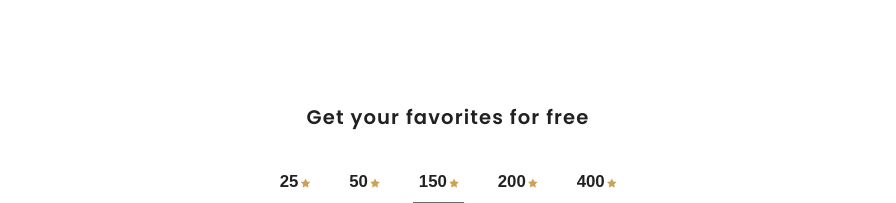
Repository: Akashiii1/StarBucks
Page: index.html
An editor plug-in stored every save of this project. The page is shown before and after the next save, followed by the edit.
The browser window is 1280 px wide. The pictures show the part of the page from y = 1251 to 3171 px (the page is 1541 px tall before and 5003 px after), at 70% of full size.

Above is the page before, as saved 2022-01-28 22:08:27.

### index.html
<!DOCTYPE html>
<html lang="en">

<head>
  <meta charset="UTF-8">
  <meta http-equiv="X-UA-Compatible" content="IE=edge">
  <meta name="viewport" content="width=device-width, initial-scale=1.0">
  <title>StarBucks</title>
  <link rel="preconnect" href="https://fonts.gstatic.com" />
  <link href="https://fonts.googleapis.com/css2?family=Poppins:wght@400;600&display=swap" rel="stylesheet" />
  <link rel="stylesheet" href="https://cdnjs.cloudflare.com/ajax/libs/font-awesome/4.7.0/css/font-awesome.min.css"
    integrity="sha512-SfTiTlX6kk+qitfevl/7LibUOeJWlt9rbyDn92a1DqWOw9vWG2MFoays0sgObmWazO5BQPiFucnnEAjpAB+/Sw=="
    crossorigin="anonymous" />
  <link rel="stylesheet" href="./Style/style.css">
</head>

<body>
  <div class="main">
    <header id="header">
      <nav class="nav container ">
        <div class="logo">
          <img src="./Img/Starbucks-Logo.png" alt="">
        </div>

        <div class="d-flex w-100">
          <ul class="nav-list">
            <li><a href="#">Menu</a></li>
            <li><a href="#">Rewards</a></li>
            <li><a href="#">Gift Cards</a></li>

          </ul>


          <div class="sub-nav d-flex">
            <a href="#" class="location"><i class="fa fa-map-marker" aria-hidden="true"></i> Find a Store</a>
            <div class="double-click">
              <button class="btn bgw">
                Sign in
              </button>
              <button class="btn bgb">Join Now</button>
            </div>
          </div>
        </div>


        <i class="fa fa-bars ham" aria-hidden="true"></i>

      </nav>
      <div class="container">
        <div class="banner c-green d-flex">
          <h3>STARBUCKS® REWARDS</h3>
          <button class="btn bgr">Join the app</button>
        </div>
      </div>
    </header>
    <section id="hero">
      <div class="hero container">
        <div class="slogan">
          <h2 class="hero-heading">FREE COFFEE
            IS A TAP AWAY</h2>
          <p class="hero-desc">Join now to start earning Rewards.</p>
          <div class="sub-hero">
            <button class="btn">Join now</button>
            <p class="hero-subdesc subdescdk">Or <a href="">join in the app</a> for the best experience</p>
            <p class="hero-subdesc subdescmb"> <a href="">Or join in online</a> </p>
          </div>
        </div>
      </div>
    </section>
    <!-- Review -->
    <section id="review">
      <div class="heading-text">
        <h2>Getting started is easy</h2>
        <p>Earn Stars and get rewarded in a few easy steps.</p>
      </div>
      <div class="review container">
        <div class="review-item">
          <div class="ri-img">
            <img src="./Img/getting-started-1_2x.jpg" alt="">
          </div>
          <div class="ri-content">
            <h3 class="review-heading">Create an account</h3>
            <p>To get started, <a href="">join now</a>. You can also <a href="">join in the app</a> to get access to the
              full range of Starbucks® Rewards benefits.</p>
          </div>
        </div>

        <div class="review-item">
          <div class="ri-img">
            <img src="./Img/getting-started-2_2x.jpg" alt="">
          </div>
          <div class="ri-content">
            <h3 class="review-heading">Order and pay how you’d like</h3>
            <p>TUse cash, credit/debit card or save some time and pay right through the app. You’ll collect Stars all
              ways. <a href="">Learn how</a></p>
          </div>
        </div>

        <div class="review-item">
          <div class="ri-img">
            <img src="./Img/getting-started-3_2x.jpg" alt="">
          </div>
          <div class="ri-content">
            <h3 class="review-heading">Earn Stars, get Rewards</h3>
            <p>As you earn Stars, you can redeem them for Rewards—like free food, drinks, and more. Start redeeming with
              as little as 25 Stars!</p>
          </div>
        </div>


      </div>
    </section>
    <section id="star">
      <div class="heading-text">
        <h2>Get your favorites for free</h2>
      </div>
      <div class="container">
        <div class="tab-list">
          <button class="tab-item" data-item="i25"><span>25</span>
            <span><i class="fa fa-star" aria-hidden="true"></i></span>
          </button>
          <button class="tab-item" data-item="i50"><span>50</span>
            <span><i class="fa fa-star" aria-hidden="true"></i></span>
          </button>
          <button class="tab-item active" data-item="i150"><span>150</span>
            <span><i class="fa fa-star" aria-hidden="true"></i></span>
          </button>
          <button class="tab-item" data-item="i200"><span>200</span>
            <span><i class="fa fa-star" aria-hidden="true"></i></span>
          </button>
          <button class="tab-item" data-item="i400"><span>400</span>
            <span><i class="fa fa-star" aria-hidden="true"></i></span>
          </button>
        </div>
      </div>
    </section>
  </div>

  <script src="./Style/starter.js"></script>
</body>

</html>

### Style/style.css
html {
  box-sizing: border-box;
}
* {
  margin: 0;
  padding: 0;
}
*,
*:before,
*:after {
  box-sizing: border-box;
}
input,
textarea,
select,
button {
  outline: none;
}
input {
  line-height: normal;
}
label,
button {
  cursor: pointer;
}
a {
  text-decoration: none;
}
img {
  display: block;
  max-width: 100%;
}
*,
*:before,
*:after {
  box-sizing: border-box;
}
/* using rem unit */
html {
  font-size: 62.5%;
}
a {
  text-decoration: none;
}
img {
  display: block;
  max-width: 100%;
}
body {
  font-family: "Poppins", sans-serif;
  font-size: 16px;
  line-height: 1;
}
ul{
  list-style: none;
}
.container{
  max-width: 1440px;
  margin-inline: auto;
}
.nav{
  height: 100px;
  /* background-color: #ccc; */
  display: flex;
  align-items: center;
}
.logo{
  width: 90px;
  height: 100%;
  text-align: center;
}
.w-100{
  width: 100%;
}
.logo img{
  width: 100%;
  height: 100%;
  object-fit: cover;
}
.d-flex{
  display: flex;
  justify-content: space-between;
  align-items: center;
  gap: 0 40px;
}
.nav-list{

}
.nav-list li{
  display: inline-block;
  padding-left: 24px;
  line-height: 100px;
}
.nav-list li a{
  display: block;
  color: #000000;
  font-weight: 600;
  font-size: 14px;
  text-transform: uppercase;
  transition: all .2s linear;
}
.nav-list li:hover a{
  color: #008248;
}
.btn{
  padding: 7px 16px ;
  border-radius: 50px;
  border: 1px solid #000000;
  outline: none;
  font-size: 14px;
  font-weight: 550;
  line-height: 1.2;
  text-align: center;
  transition: all .2s linear;
  margin-right: 16px;
}
.btn:hover{
 filter: brightness(0.2);
}
.bgb{
  background-color: #000000;
  color: #fff;
}
.bgw{
  background-color: #fff;
  color: #000000;
}
.bgr{
  background-color: transparent;
  color: #fff;
  border: 1px solid #fff;
}
.banner button{
  display: none;
}
.location{
  color: #000000;
  font-size: 14px;
  font-weight: 600;
  transition: all .2s linear;
}
.location i{
  margin-right: 10px;
}
.location:hover{
  color: #008248;
}
.banner{
  /* width: 100%; */
  /* position: absolute; */

  top: 100px;

}
.banner h3{
  color: #fff;
  font-weight: 400;
  line-height: 50px;
  height: 50px;
  font-size: 18px;
  margin: 0 20px;
}
.c-green{
  background-color: #1e3932;

}
.line-eff{
  width: 0;
  height: 2px;
  background-color: #008248;
  position: fixed;
  pointer-events: none;
  transition: all .2s linear;
}
.ham{
  color: #000000;
  font-size: 20px;
  display: none;
}
.fixed{

}
/* Hero */
.hero{
  display: flex;
  justify-content: flex-start;
  align-items: center;
  max-height: 600px;
  height: 600px;
  background-color: #D0EAE4;
  margin-bottom: 128px;

}
.slogan{
  /* max-width: 400px; */

  padding: 32px 40px;
}
.hero-heading{
  font-size: 36px;
  color: #000000DE;
  font-weight: 600;
}
.hero-desc{
  padding-top: 16px;
  font-size: 19px;
  color: #000000DE;
}
.sub-hero{
  padding-top: 32px;
  display: flex;
  flex-direction: column;
  gap: 20px 0;

  align-items: flex-start;
}
.sub-hero .btn{
  color: #fff;
  background-color: #1e3932;
}
.hero-subdesc{
  color: #000000DE;
  font-size: 19px;

}
.hero-subdesc a{
  text-decoration: underline;
  color: #000000DE;
  transition: all .2s linear;
}
.hero-subdesc a:hover{
  text-decoration: none;
}
.subdescmb{
  display: none;
}

/*  */
.heading-text{
  text-align: center;
  line-height: 1.5;
  letter-spacing: 0.1em;
}
.heading-text h2{
  font-size: 28px;
  color: #000000DE;
}
.heading-text p{
  padding-top: 16px;
  font-size: 16px;
  font-weight: 550;
}
#header {
  position: fixed;
  top: 0;
  left: 0;
  width: 100%;
  background-color: #fff;
}
#hero{
  margin-top: 128px;
}
/* Review */
.review{
  display: flex;
  justify-content: space-between;
  /* align-items: center; */
  padding-top: 48px;
  gap: 0 30px;
}
.review-item{
  text-align: center;
  width: 33.33333%;

}
.ri-img{
  max-width: 128px;
  margin-inline: auto;
  margin-bottom: 38px;
}
.ri-img img{
  max-width: 100%;
  height: auto;
  object-fit: cover;
}
.review-heading{
  font-size: 19px;
  color: #000000DE;

}
.review-item p{
  font-size: 16px;
  padding-top: 16px;
  font-weight: 500;
  line-height: 1.4;
}
.review-item p a{
  color: #008248;
  text-decoration: underline;
}
#cmt{
  height: 500px;
  background-color: #000000DE;
}
#review{
  margin-bottom: 128px;
}
#star .heading-text{
  padding: 48px 0;
}
/* Tab */
.tab-list{
  display: flex;
  justify-content: center;
  gap: 0 40px;
}
.tab-item{
  border: 0;
  outline: none;
  background-color: #fff;
  padding: 8px 8px 16px 8px;
  display: inline-block;
}
.tab-item span:nth-child(1){
  font-size: 24px;
  font-weight: 600;
  color: #000000DE;
  pointer-events: none;

}
.tab-item span:nth-child(2){
  color: #CBA258;
  font-size: 14px;
  pointer-events: none;
}
.tab-item.active{
  border-bottom: 1px solid #1e3932;
}
@media (max-width:740px){
  .sub-nav{
    display: none;
  }
  .ham{
    display: block;
    margin: 0 20px;
    line-height: 100px;
    display: inline-block;
  }

  .logo{
    width: 80px;
    height: 80px;
    margin: 0 20px;
  }
  .banner button{
    display: block;
  }
  .nav-list{
    position: fixed;
    width: 500px;
    background-color: #fff;
    top: 100px;
    right: 0;
    height: 100%;
    box-shadow: rgba(100, 100, 111, 0.2) 0px 7px 29px 0px;
    transform: translateX(100%);
    opacity: 0;
    transition: all .2s linear;
  }
  .nav-list.active{
    transform: translateX(0);
    /* animation: move .3s linear; */
    opacity: 1;


  }
  .nav-list li{
    display: block;
  }

  .nav-list li a{
    font-size: 20px;
    font-weight: 400;
  }
  .nav-list li:nth-child(3){
    border-bottom: 1px solid #ccc;
  }
  .line-eff{
    display: none;
    background-color: #fff;
  }
  /* hero */
  .hero{
    justify-content: center;
    align-items: flex-start;
  }
  .slogan{
    text-align: center;
  }
  .slogan .sub-hero{
    justify-content: center;
    align-items: center;
  }
  .subdescdk{
    display: none;
  }
  .subdescmb{
    display: block;
  }
  #hero{
    margin-bottom: 128px;
  }
  /* Review */
  .review{
    flex-direction: column;
    padding: 0 20px;
    margin-top: 50px;
    align-items: flex-start;
    justify-content: center;
  }
  .review-item{
    width: 100%;
    margin-bottom: 32px;
    display: flex;
    gap: 0 20px;
  }
  .ri-content{
    flex-direction: column;
    align-items: flex-start;
    display: flex;
    text-align: justify;
  }

}

@keyframes move{
  from{
    transform: translateX(100%);
  }
  to{
    transform: translateX(100%);

  }
}

### Style/starter.js
const hamberger=document.querySelector('.ham');
const navList=document.querySelector('.nav-list');

hamberger.addEventListener('click',function(e){
//  console.log(e.target);
  navList.classList.toggle('active');
  e.target.classList.toggle('fa-bars');
  e.target.classList.toggle('fa-times');

})
const links=document.querySelectorAll('.nav-list li a');
const line=document.createElement('div');
line.className="line-eff";
document.body.appendChild(line);
[...links].forEach(item=>item.addEventListener('mouseenter',handler));
function handler(e){

  line.style.display='block';
  const {left,top,width,height}=e.target.getBoundingClientRect();
  line.style.left=`${left}px`;
  line.style.width=`${width}px`;
  line.style.top=`${height-10}px`;


}
navList.addEventListener('mouseleave',function(e){
  line.style.display='none';
})

document.addEventListener('click',function(e){
  if(!e.target.matches('.ham') && !navList.contains(e.target)){
    navList.classList.remove('active');
    hamberger.classList.remove('fa-times');

    hamberger.classList.add('fa-bars');
  }
})

After the next save:
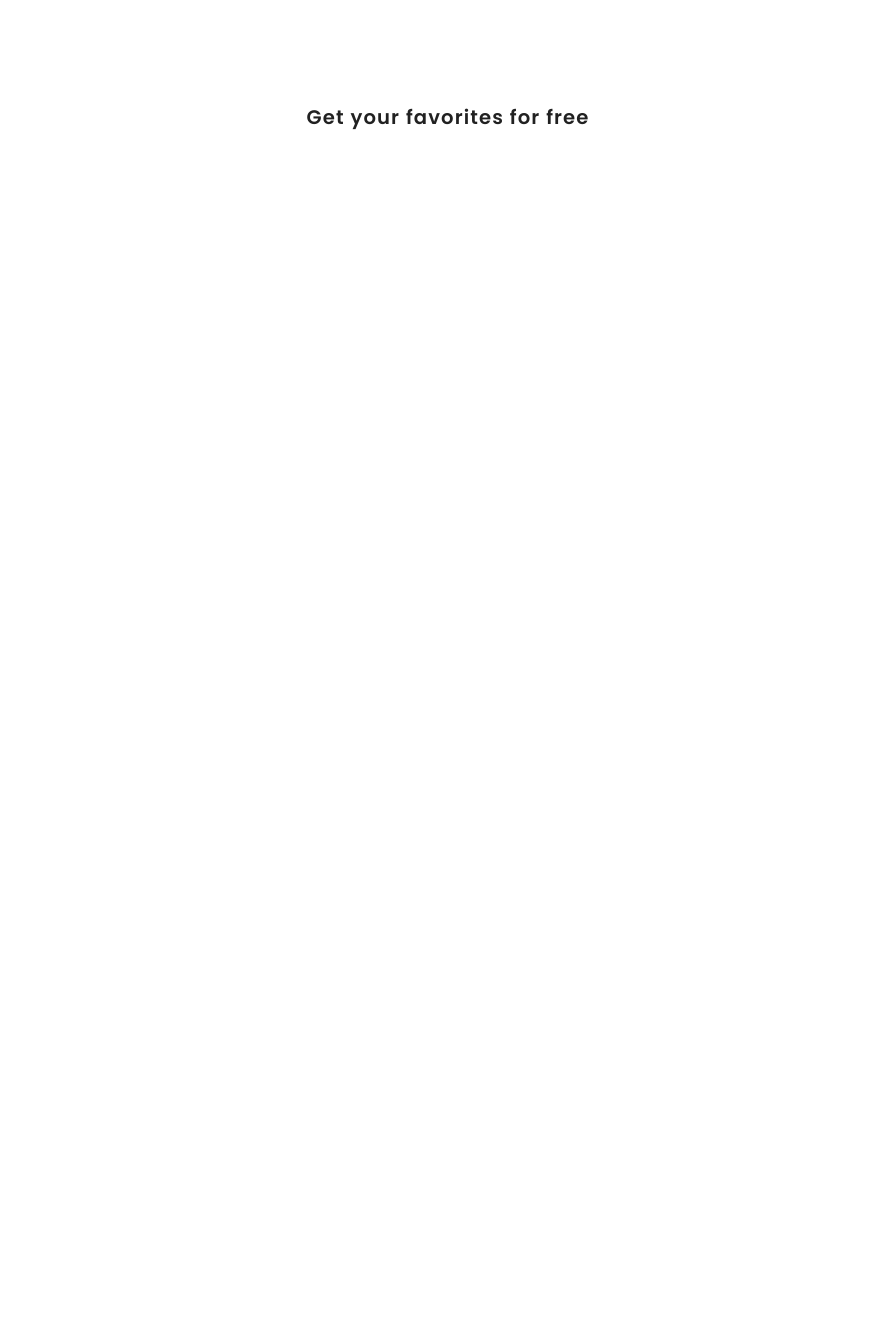
Saved 21 s later.
--- a/Style/style.css
+++ b/Style/style.css
@@ -307,6 +307,7 @@
 }
 #star .heading-text{
   padding: 48px 0;
+  height: 500vh;
 }
 /* Tab */
 .tab-list{

After the save that followed:
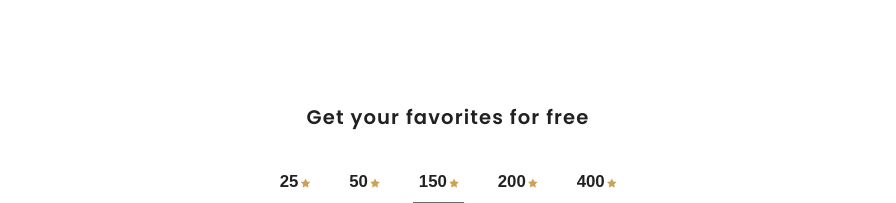
Saved 11 s later.
--- a/Style/style.css
+++ b/Style/style.css
@@ -307,7 +307,6 @@
 }
 #star .heading-text{
   padding: 48px 0;
-  height: 500vh;
 }
 /* Tab */
 .tab-list{
